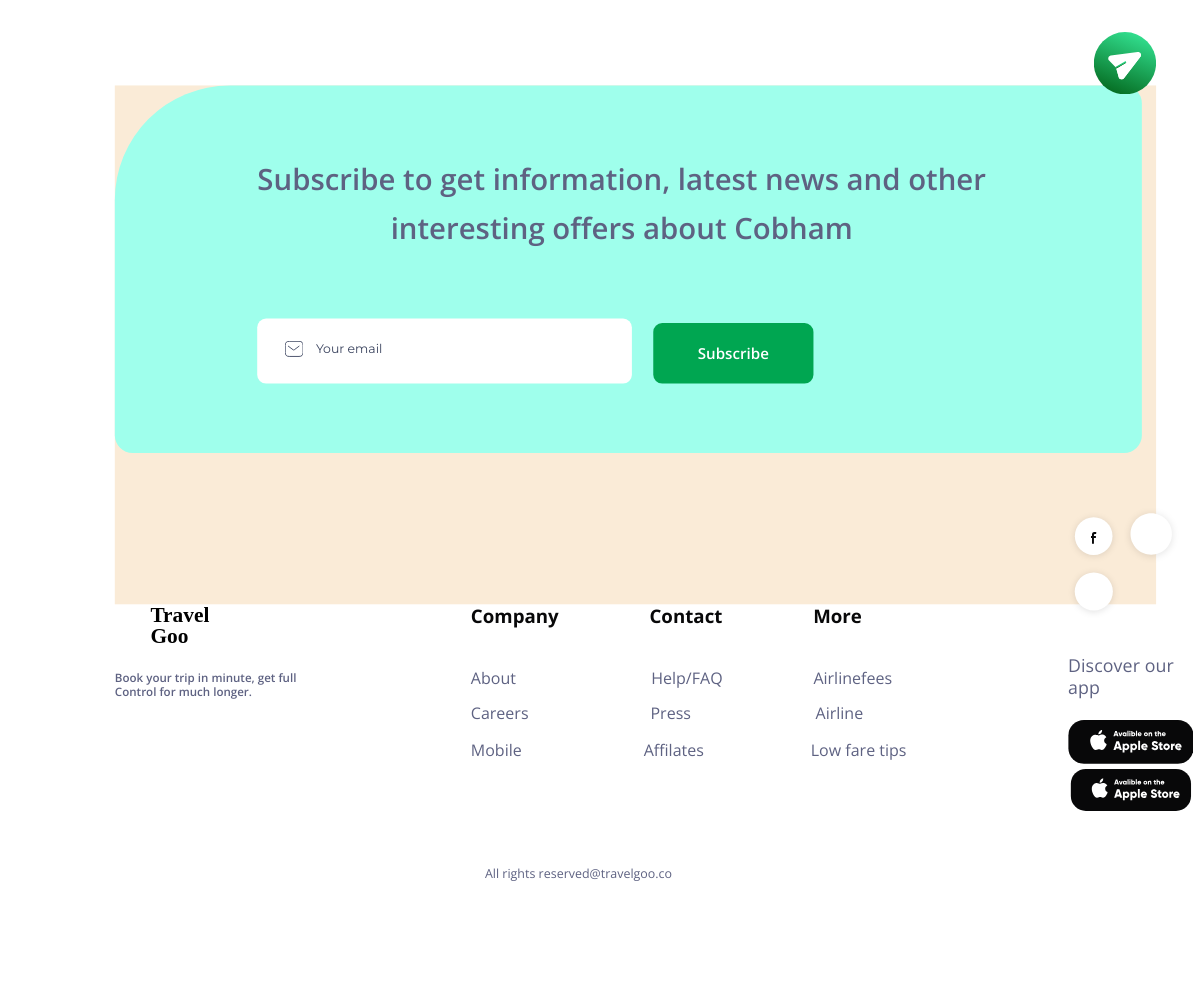
Repository: HeybetzadeQedim/task-5
Page: index.html
An editor plug-in stored every save of this project. The page is shown before and after a run of saves, followed by the edit.
The browser window is 1280 px wide. The page is 1341 px wide, so the pictures cover 1341 px, including what lies to the right of the window. The pictures show the whole page, at 89% of full size.
Some web fonts or font styles are not loaded; a fallback is used.

Above is the page before, as saved 2023-10-16 15:41:41.

After the next 4 saves:
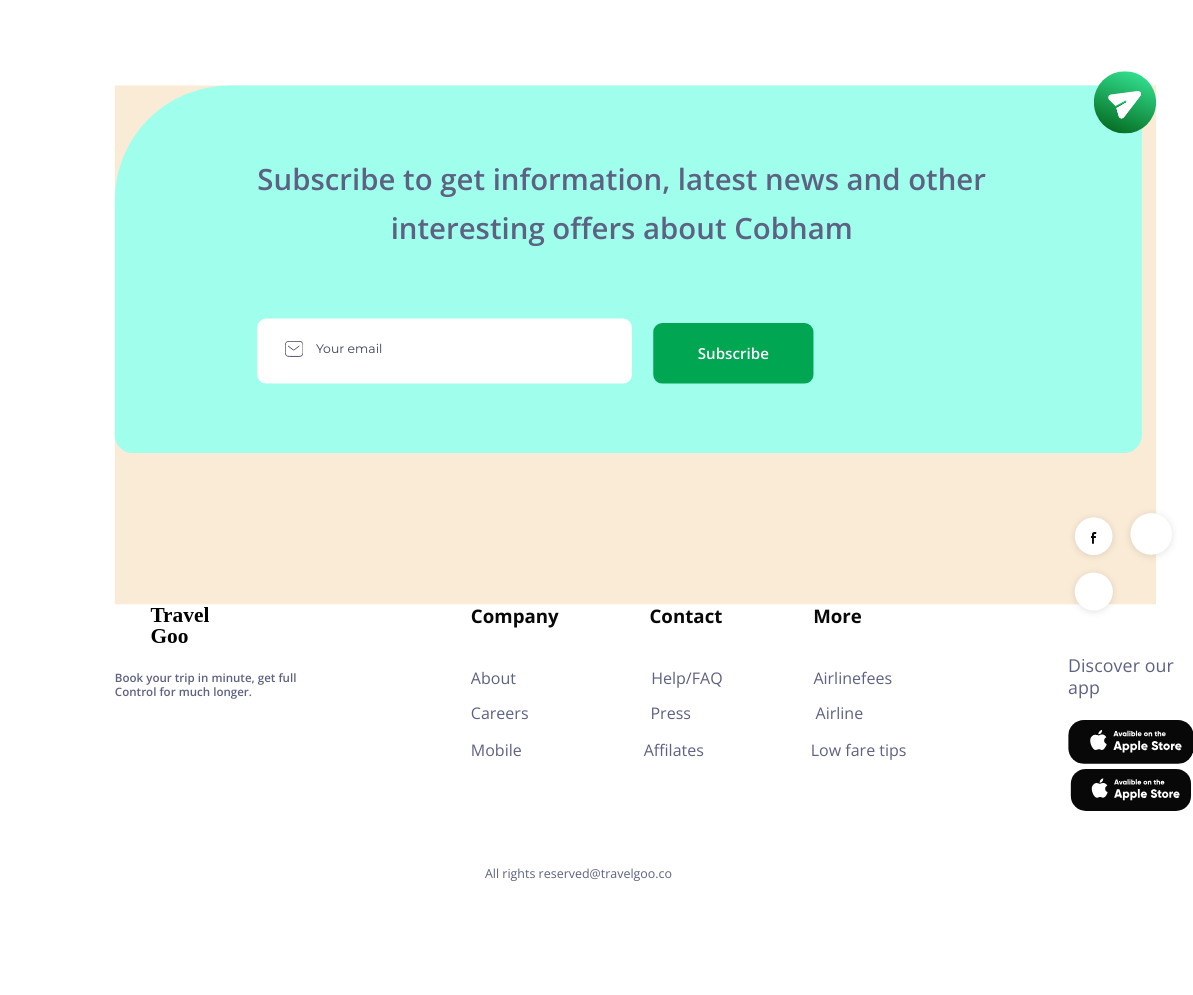
The 4 saves are shown as one change because they came seconds apart.
The last was saved 13 s later.
--- a/index.css
+++ b/index.css
@@ -32,7 +32,7 @@
 }
 .image-container {
   position: absolute;
-  top: -60px;
+  top: -16px;
   /* left: 1390px; */
   right: 0;
 }
